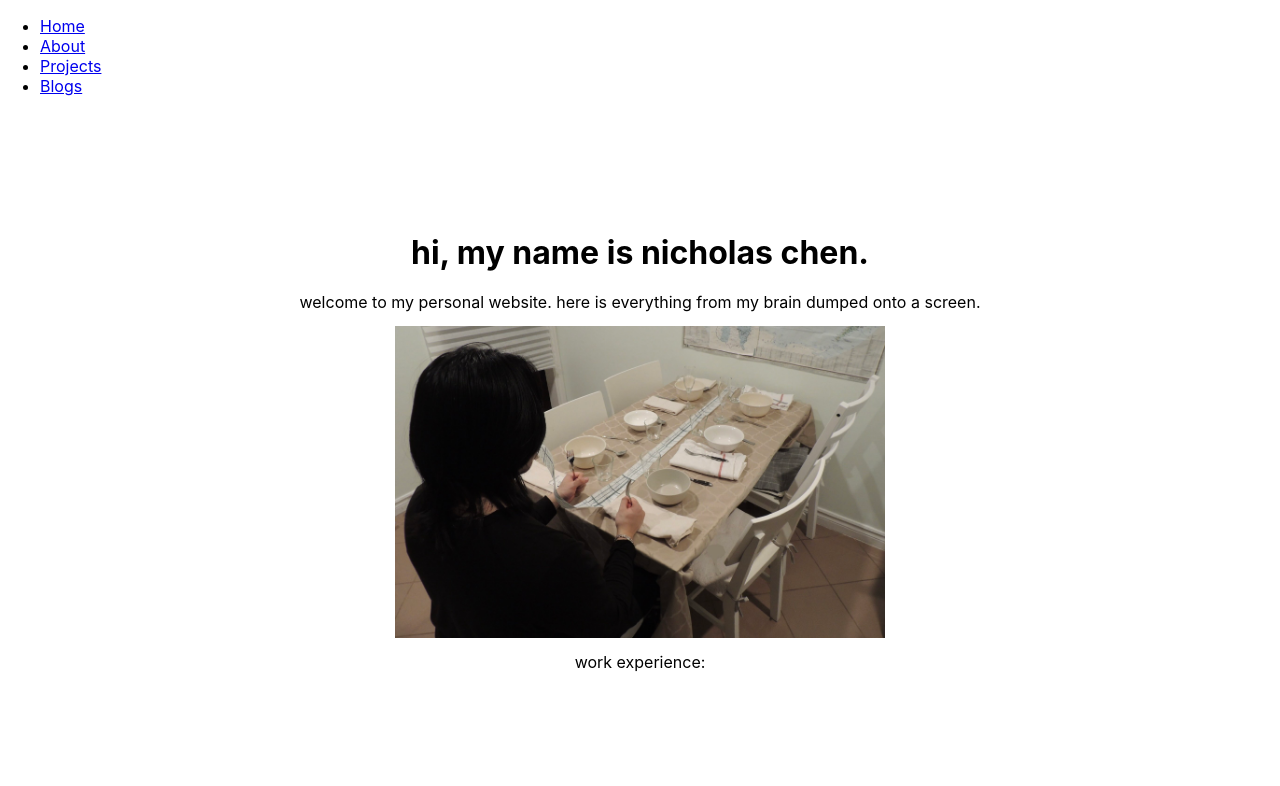
Repository: nicholaschen09/personalWebsite
Page: /
An editor plug-in stored every save of this project. The page is shown before and after the next save, followed by the edit.
The browser window is 1280 px wide. The pictures show the whole page.
The project was rebuilt for these pictures with package versions that can differ from the ones it lists, and the page was loaded fresh each time. Also part of the build but not shown: src/components/About.css, src/components/About.js, src/components/Projects.css, src/components/Projects.js, src/components/Blog.css, src/components/Blog.js, src/components/Miscellaneous.css, src/components/Miscellaneous.js and 4 more.

Above is the page before, as saved 2024-07-17 22:24:05.

After the next save:
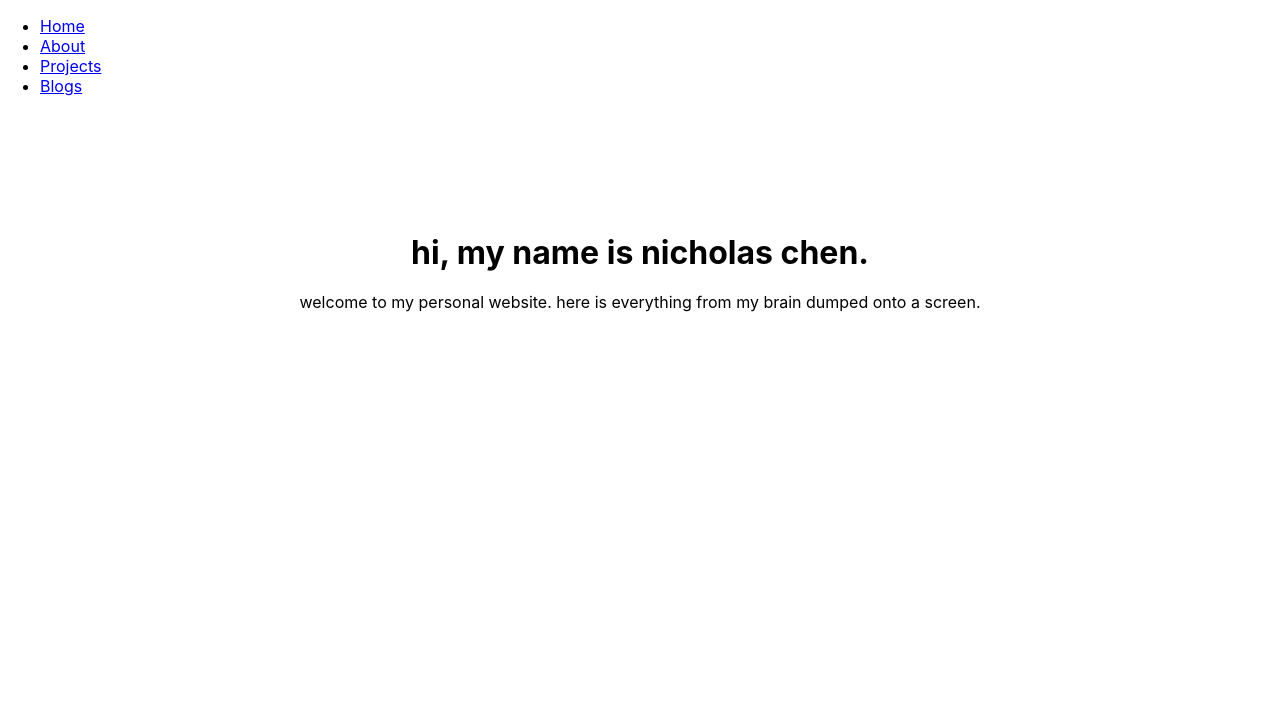
Saved 20 s later.
--- a/src/components/Home.js
+++ b/src/components/Home.js
@@ -7,9 +7,7 @@ const Home = () => {
         <div className="home">
             <h1>hi, my name is nicholas chen. </h1>
             <p>welcome to my personal website. here is everything from my brain dumped onto a screen.</p>
-            <img src={process.env.PUBLIC_URL + '/DSCN3098_2.jpg'}alt="DinnerImage" className="DinnerImage" />
 
-            <p>work experience: </p>
 
 
         </div>
